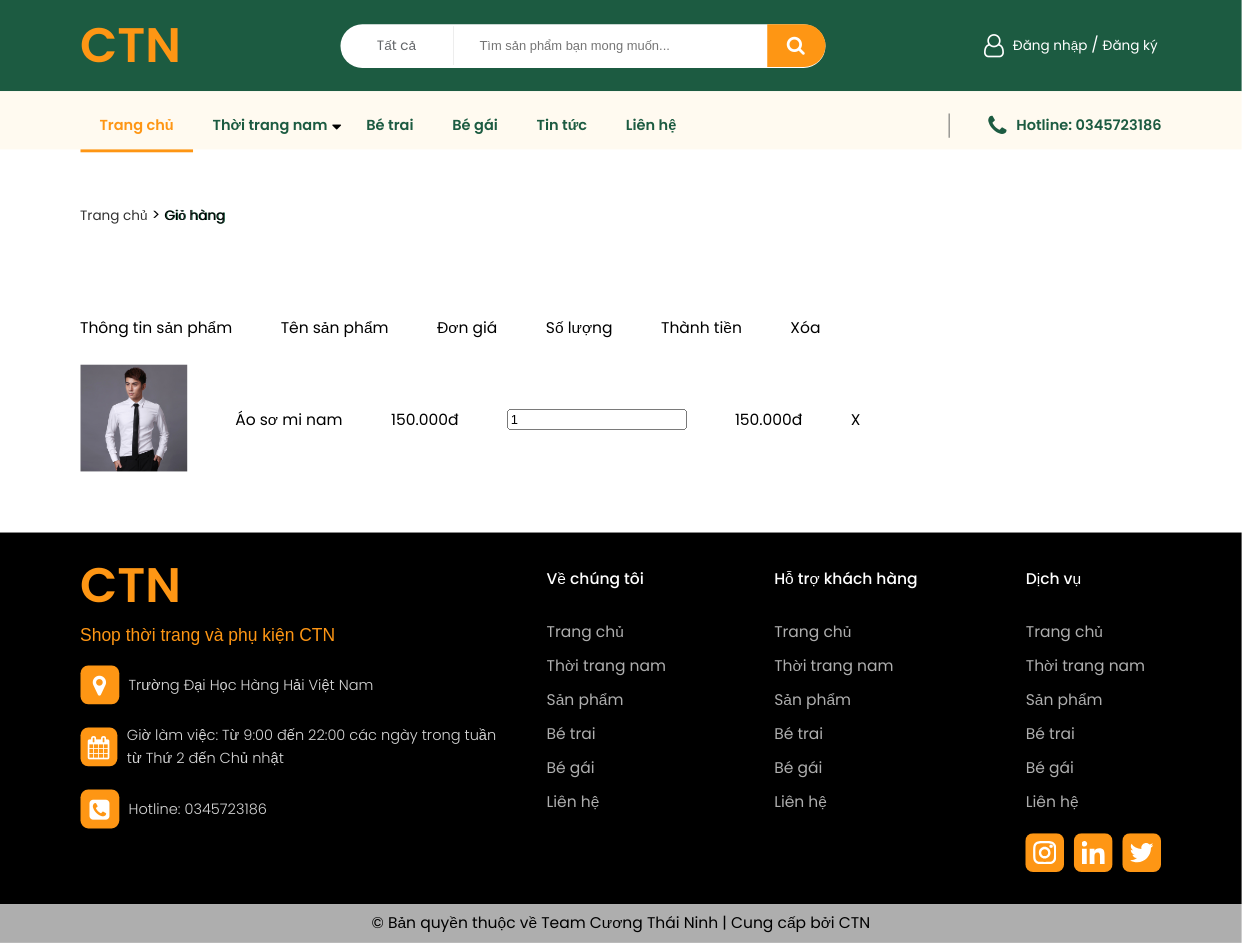
Repository: cuongchua2k2/BaiTapLon-web
Page: cart.html
The author's editor kept a copy of each file at every save. The page is drawn from the files as they stood at one save, then again after the next save.
The browser window is 1280 px wide. The pictures show the whole page, at 97% of full size.

Above is the page before, as saved 2023-12-23 10:50:48.
Console error: TypeError: Cannot read properties of null (reading 'style')

After the next save:
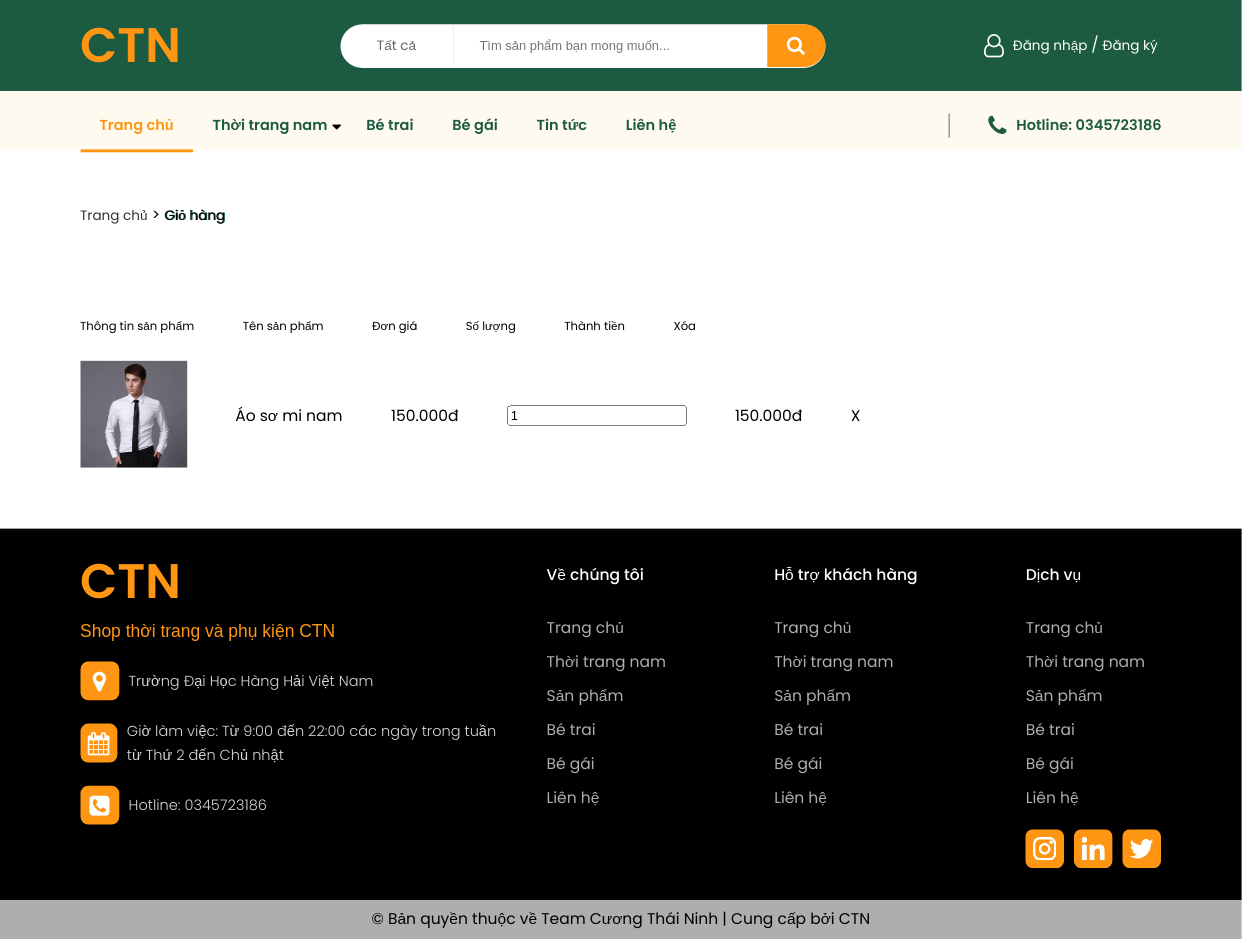
Saved 97 s later.
--- a/assets/css/style.css
+++ b/assets/css/style.css
@@ -749,4 +749,5 @@ label {
 
 .cart__header {
   padding-bottom: 30px;
-}
+  font-size: 12px;
+}
